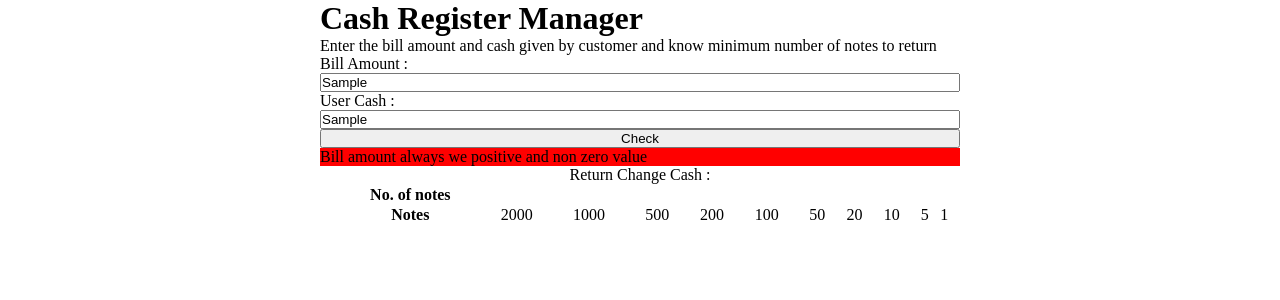
Repository: patelamancode/Cash-register-manager-app
Page: index.html
These files come from the project's save history. The page is drawn as it stood at one moment and after the next save; the edit follows.
The browser window is 1280 px wide. The pictures show the whole page.
Empty fields were first filled with sample values (such as "Sample", 5 or name@example.com).
After loading, the first visible `button.check-btn` was clicked once.

Above is the page before, as saved 2022-11-16 17:06:56.

### index.html
<!DOCTYPE html>
<html lang="en">

<head>
    <meta charset="UTF-8">
    <meta http-equiv="X-UA-Compatible" content="IE=edge">
    <meta name="viewport" content="width=device-width, initial-scale=1.0">
    <link rel="stylesheet" href="index.css">
    <title>Cash register app</title>
</head>

<body>
    <div id="main-container">
        <h1 class="heading">Cash Register Manager</h1>
        <p id="description">Enter the bill amount and cash given by customer
            and know minimum number of notes to return
        </p>
        <label for="Bill-amount">Bill Amount :</label>
        <input type="text" id="bill-amount">
        <label for="Cash-amount">User Cash :</label>
        <input type="text" id="cash-amount">
        <button class="check-btn">Check</button>
        <p class="error-message"></p>
        <table class="change-cash">
            <caption>Return Change Cash :</caption>
            <tr>
                <th>No. of notes</th>
                <td></td>
            </tr>
            <tr>
                <th>Notes</th>
                <td>2000</td>
                <td>1000</td>
                <td>500</td>
                <td>200</td>
                <td>100</td>
                <td>50</td>
                <td>20</td>
                <td>10</td>
                <td>5</td>
                <td>1</td>
            </tr>
        </table>
    </div>

    <script src="index.js"></script>
</body>

</html>

### index.css
*{
    margin: 0;
    padding: 0;
}

#main-container{
    display: flex;
    flex-direction: column;
    width: 50vw;
    margin: auto;
}

### index.js
// document.querySelector('.check-btn').addEventListener('click', function(){
//     console.log("Check button is clicked")
// })

const billAmount = document.querySelector('#bill-amount');
const cashAmount = document.querySelector('#cash-amount');
const checkButton = document.querySelector('.check-btn');
const errorMessage = document.querySelector('.error-message');

// Testing console values for all inputs
// checkButton.addEventListener('click', function(){
//     console.log(cashAmount.value);
// })

const displayErrorMessage = function () {
    errorMessage.style.display = "block";
    errorMessage.style.backgroundColor = "red"
    errorMessage.innerText = "Bill amount always we positive and non zero value";
}

checkButton.addEventListener('click', function amountValidation() {
    errorMessage.style.display = "none";

    if (billAmount.value > 0) {

    } else {
        displayErrorMessage();
    }
})

After the next save:
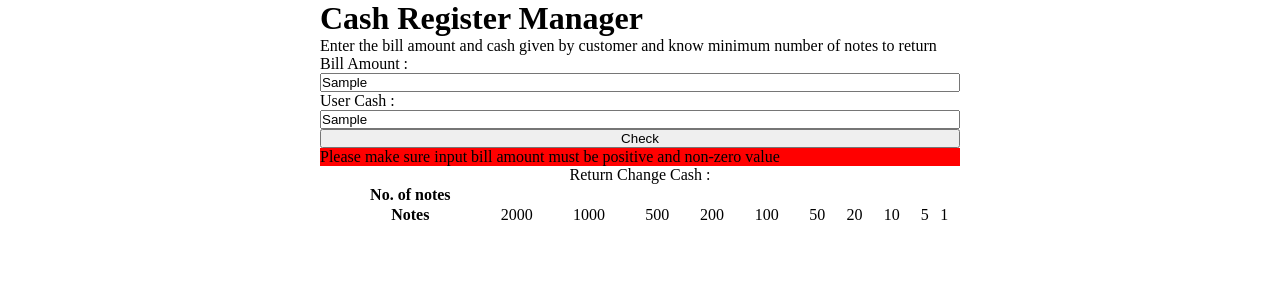
Saved 4 min 41 s later.
--- a/index.js
+++ b/index.js
@@ -12,18 +12,24 @@ const errorMessage = document.querySelector('.error-message');
 //     console.log(cashAmount.value);
 // })
 
-const displayErrorMessage = function () {
+const displayErrorMessage = function (message) {
     errorMessage.style.display = "block";
     errorMessage.style.backgroundColor = "red"
-    errorMessage.innerText = "Bill amount always we positive and non zero value";
+    errorMessage.innerText = message;
 }
 
 checkButton.addEventListener('click', function amountValidation() {
     errorMessage.style.display = "none";
 
     if (billAmount.value > 0) {
+        if(cashAmount.value > billAmount.value){
 
-    } else {
-        displayErrorMessage();
+        }
+        else{
+
+        }
+    }
+    else {
+        displayErrorMessage("Please make sure input bill amount must be positive and non-zero value");
     }
 })
